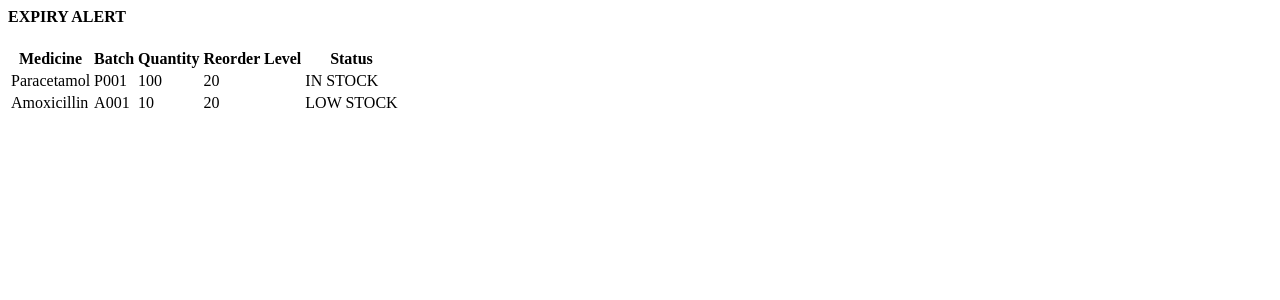
Repository: AbHiShEk200428/Medicine-Manager
Page: expiry.html
An editor plug-in stored every save of this project. The page is shown before and after a run of saves, followed by the edit.
The browser window is 1280 px wide. The pictures show the whole page.

Above is the page before, as saved 2026-10-28 20:33:40.

After the next 2 saves:
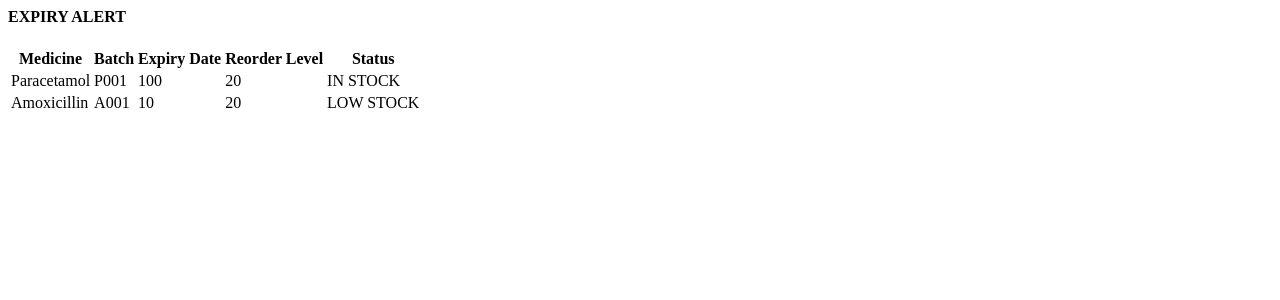
The 2 saves are shown as one change because they came seconds apart.
The last was saved 15 s later.
--- a/expiry.html
+++ b/expiry.html
@@ -6,7 +6,7 @@
                 <tr>
                     <th scope="col">Medicine</th>
                     <th scope="col">Batch</th>
-                    <th scope="col">Quantity</th>
+                    <th scope="col">Expiry Date</th>
                     <th scope="col">Reorder Level</th>
                     <th scope="col">Status</th>
                 </tr>
